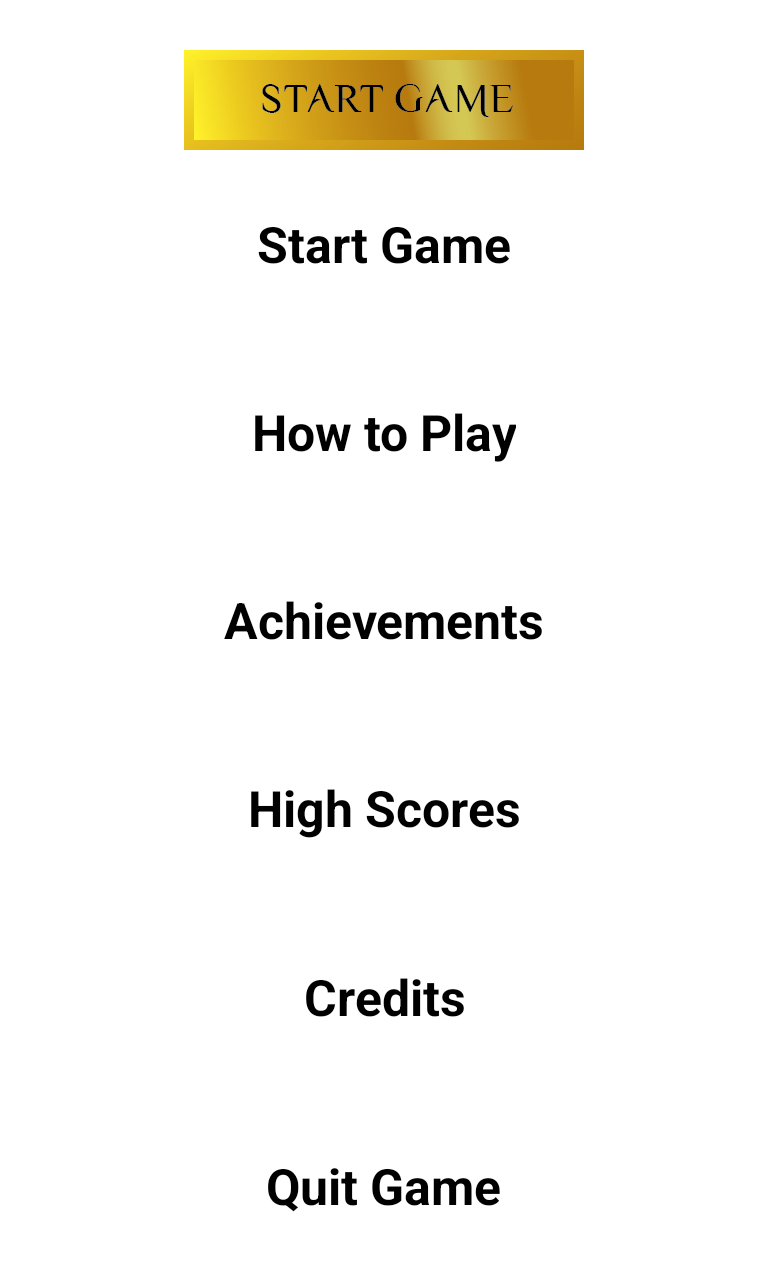
Repository: Zilter/IMT3671-Mobile-Project
Layout: GemSwapper/res/layout/activity_main.xml
These files come from the project's save history. The layout is drawn as it stood at one moment and after the next save; the edit follows.
It is drawn on a 768 x 1280 px phone screen (xhdpi) without system bars, with theme AppTheme; the app's code is not run.

Above is the layout before, as saved 2012-12-04 11:39:50.

### GemSwapper/res/layout/activity_main.xml
<RelativeLayout xmlns:android="http://schemas.android.com/apk/res/android"
    xmlns:tools="http://schemas.android.com/tools"
    android:layout_width="fill_parent"
    android:layout_height="fill_parent" >

<!--     <ImageView -->
<!--         android:id="@+id/main_menu" -->
<!--         android:contentDescription="@string/imageDescription" -->
<!--         android:src="@drawable/ic_launcher.png" -->
<!--         android:layout_height="wrap_content" -->
<!--         android:layout_width="wrap_content" -->
<!--         android:layout_alignParentRight="true" -->
<!--         android:layout_centerVertical="true" -->
<!--         android:layout_marginRight="25dp"  -->
<!--     /> -->

    <LinearLayout
        android:layout_width="fill_parent"
        android:layout_height="fill_parent"
        android:orientation="vertical" >

     	<ImageButton
     	    android:contentDescription="@string/imageDescription"
     	    android:id="@+id/start_game_button"
     	    android:layout_height="wrap_content"
     	    android:layout_width="wrap_content"
     	    android:background="@drawable/start_game_01"
     	    android:layout_gravity="center"
     	    android:layout_marginTop="25dp"
     	    />

        <TextView
            android:id="@+id/start_game"
            style="@style/MenuFont"
            android:layout_width="wrap_content"
            android:layout_gravity="center"
            android:text="@string/start_game" />

        <TextView
            android:id="@+id/how_to"
            style="@style/MenuFont"
            android:layout_width="wrap_content"
            android:layout_gravity="center"
            android:text="@string/how_to_play" />

        <TextView
            android:id="@+id/achievements"
            style="@style/MenuFont"
            android:layout_width="wrap_content"
            android:layout_gravity="center"
            android:text="@string/achievements" />

        <TextView
            android:id="@+id/high_score"
            style="@style/MenuFont"
            android:layout_width="wrap_content"
            android:layout_gravity="center"
            android:text="@string/high_score" />

        <TextView
            android:id="@+id/credits"
            style="@style/MenuFont"
            android:layout_width="wrap_content"
            android:layout_gravity="center"
            android:text="@string/credits" />

        <TextView
            android:id="@+id/quit_game"
            style="@style/MenuFont"
            android:layout_width="wrap_content"
            android:layout_gravity="center"
            android:text="@string/quit_game" />


    </LinearLayout>

</RelativeLayout>

### GemSwapper/res/values/strings.xml
<?xml version="1.0" encoding="utf-8"?>
<resources>

    <string name="app_name">GemSwapper</string>
    <string name="menu_settings">Settings</string>

    <!-- activities -->
    <string name="title_activity_main">MainActivity</string>
    <string name="title_activity_highscore">HighscoreActivity</string>
    <string name="title_activity_credits">CreditsActivity</string>

    <!-- Main Menu & Menu Buttons -->
    <string name="start_game">Start Game</string>
    <string name="how_to_play">How to Play</string>
    <string name="achievements">Achievements</string>
    <string name="high_score">High Scores</string>
    <string name="credits">Credits</string>
    <string name="quit_game">Quit Game</string>
    <string name="imageDescription">This is an image</string>

    <!-- Activity - How To Play -->
    <string name="howToPlayGame1">Tilt your phone in the direction you want to move.</string>
    <string name="howToPlayGame2">The goal of the game is to survive for as long as you can without hitting the edge of your screen.</string>
    <string name="howToImage1">Tilt</string>

    <!-- Activity - Credits -->
    <string name="creditsMain">Credits</string>
    <string name="creators">This game was created by Christian Stokkebekk, Christian Holt and
        Øyvind Nordli for an assignment in Mobile Systems Programming at Gjøvik University College (GUC)</string>

    <!-- Activity - High Score -->
    <string name="highScoreMain">High Score</string>
    <string name="name">Name:\t</string>
    <string name="highscore">Score:\t</string>
    <string name="loading">Please wait, loading data</string>
    <string name="hello_world">Hello world!</string>
    <string name="title_activity_game">Game</string>
    <string name="title_activity_achievements">Achievements</string>
    <string name="title_activity_how_to">HowToActivity</string>

</resources>

Loaded but not shown: GemSwapper/res/values-v11/styles.xml (common file); GemSwapper/res/values-v14/styles.xml (common file); GemSwapper/res/values/styles.xml (common file)

After the next save:
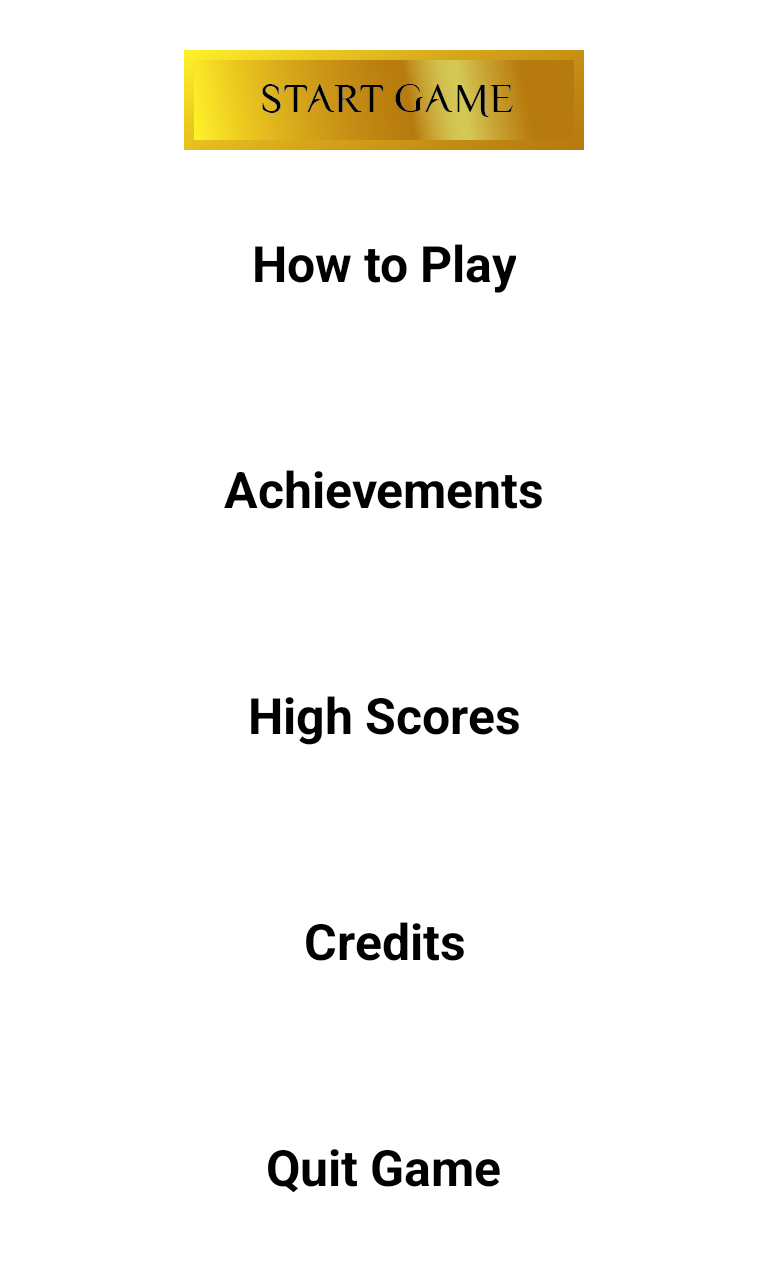
Saved 4 s later.
--- a/GemSwapper/res/layout/activity_main.xml
+++ b/GemSwapper/res/layout/activity_main.xml
@@ -28,13 +28,6 @@
      	    android:layout_gravity="center"
      	    android:layout_marginTop="25dp"
      	    />
-
-        <TextView
-            android:id="@+id/start_game"
-            style="@style/MenuFont"
-            android:layout_width="wrap_content"
-            android:layout_gravity="center"
-            android:text="@string/start_game" />
 
         <TextView
             android:id="@+id/how_to"
